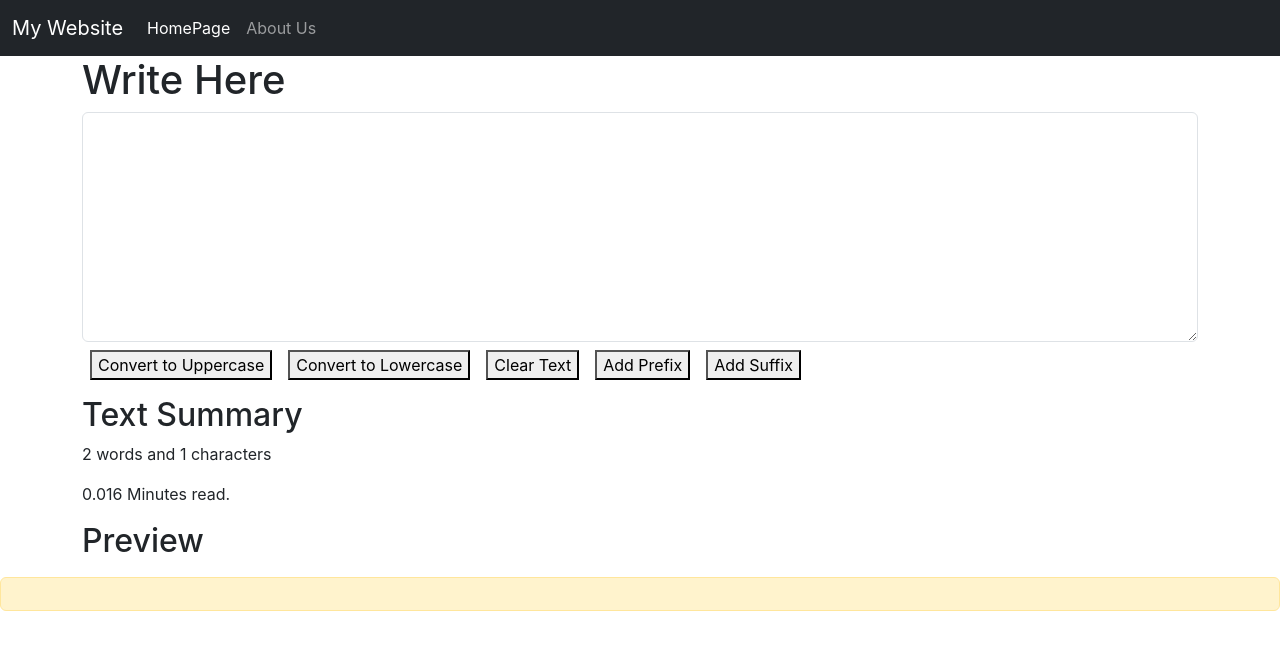
Repository: WajihaGul/Reactjs
Page: /
An editor plug-in stored every save of this project. The page is shown before and after the next save, followed by the edit.
The browser window is 1280 px wide. The pictures show the whole page.
The project was rebuilt for these pictures with package versions that can differ from the ones it lists, and the page was loaded fresh each time. Also part of the build but not shown: src/App.css.

Above is the page before, as saved 2024-02-12 16:59:29.

After the next save:
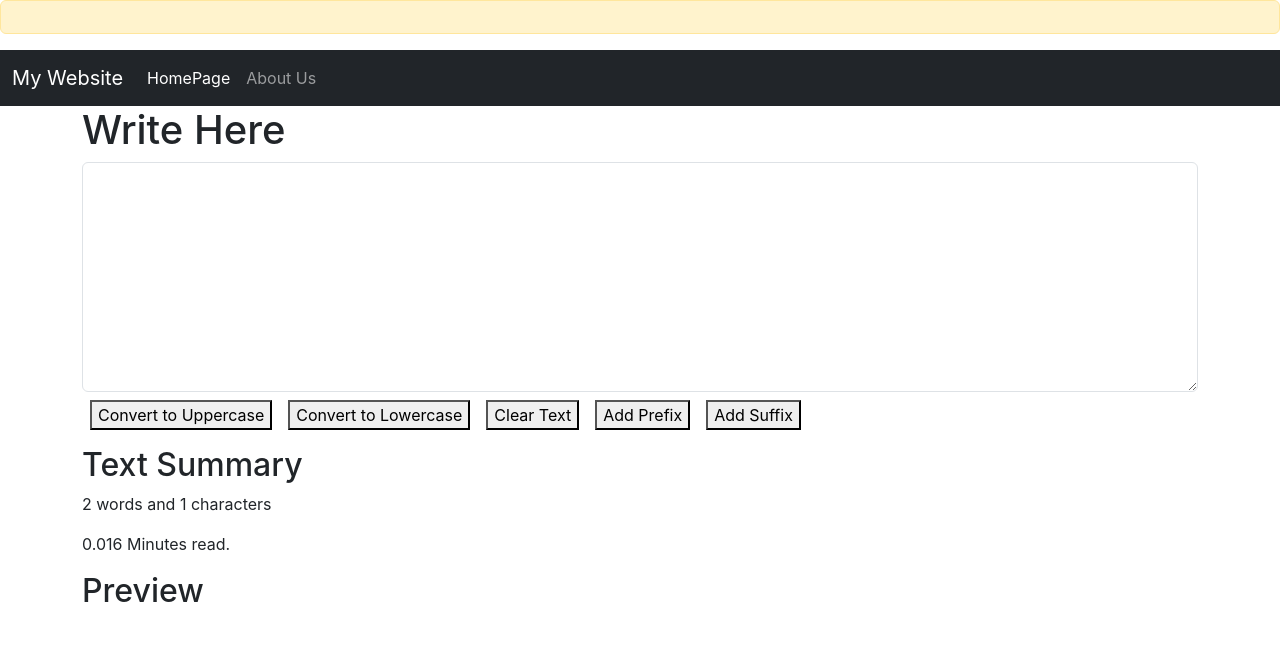
Saved 24 s later.
--- a/src/App.js
+++ b/src/App.js
@@ -6,9 +6,10 @@ import TextArea from  './Components/TextArea';
 function App() {
   return (
 <>
+<Alert alert={alert}/>
 <Navbar title="My Website" about="About Us" home="HomePage"   />
 <TextArea/>
-<Alert alert={alert}/>
+
 </>
   );
 }
